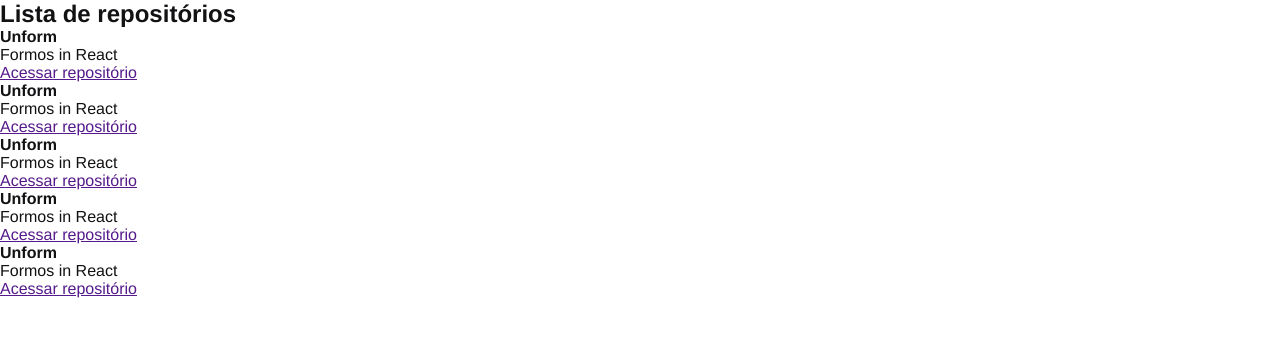
Repository: soualexandre/github-explore
Page: /
An editor plug-in stored every save of this project. The page is shown before and after the next save, followed by the edit.
The browser window is 1280 px wide. The pictures show the whole page.
The project was rebuilt for these pictures with package versions that can differ from the ones it lists, and the page was loaded fresh each time. Also part of the build but not shown: webpack.config.js.

Above is the page before, as saved 2021-07-09 14:52:25.

After the next save:
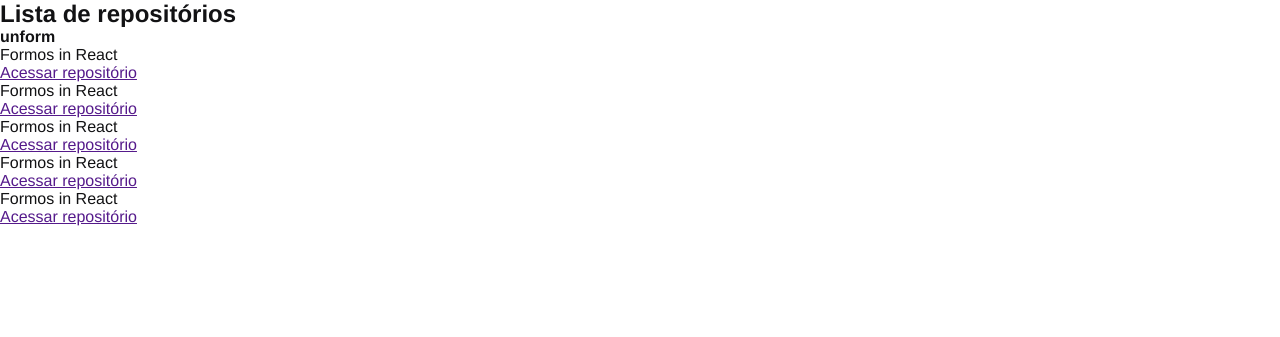
Saved 29 s later.
--- a/src/components/RepositoryItem.jsx
+++ b/src/components/RepositoryItem.jsx
@@ -1,7 +1,7 @@
-export function RepositoryItem() {
+export function RepositoryItem(props) {
     return (
         <li >
-            <strong>Unform</strong>
+            <strong>{props.repository}</strong>
             <p>Formos in React</p>
             <a href="">
                 Acessar repositório
